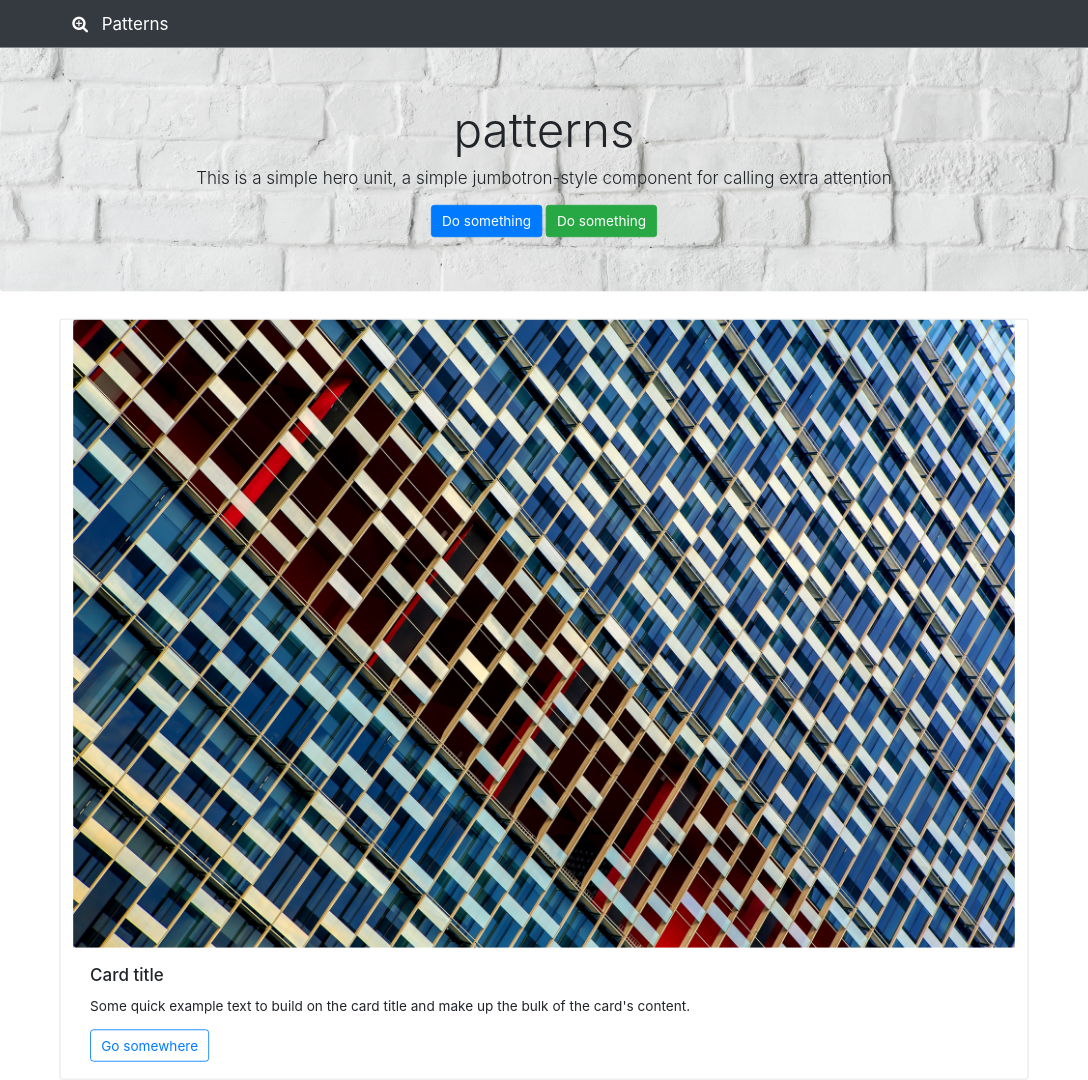
Repository: Mietlicha/patterns
Page: index.html
These files come from the project's save history. The page is drawn as it stood at one moment and after the next save; the edit follows.
The browser window is 1280 px wide. The pictures show the whole page, at 85% of full size.

Above is the page before, as saved 2019-10-24 11:37:50.

### index.html
<!DOCTYPE html>
<html lang="en">

<head>
    <meta charset="UTF-8">
    <meta name="viewport" content="width=device-width, initial-scale=1.0">
    <meta http-equiv="X-UA-Compatible" content="ie=edge">
    <title>Document</title>
    <link rel="stylesheet" href="style.css">
    <link rel="stylesheet" href="https://stackpath.bootstrapcdn.com/bootstrap/4.3.1/css/bootstrap.min.css"
        integrity="sha384-ggOyR0iXCbMQv3Xipma34MD+dH/1fQ784/j6cY/iJTQUOhcWr7x9JvoRxT2MZw1T" crossorigin="anonymous">
    <link rel="stylesheet" href="https://cdnjs.cloudflare.com/ajax/libs/font-awesome/4.7.0/css/font-awesome.min.css">

</head>

<body>
    <nav class="navbar navbar-dark bg-dark">
        <div class="container"><a class="navbar-brand" href="#"><i class="fa fa-search-plus mr-3" aria-hidden="true"></i>Patterns</a></div>
    </nav>
    <article>
    <section id="header" class="jumbotron">
        <div class="container text-center">
            <h1 class="display-4">patterns</h1>
            <p class="lead">This is a simple hero unit, a simple jumbotron-style component for calling extra attention</p>
            <a href="#" class="btn btn-primary">Do something</a>
            <a href="#" class="btn btn-success">Do something</a>
            </div>
            </section>

            <section class="card container"">
                    <img src="imgs/pattern1.jpeg" class="card-img-top" alt="pattern one">
                    <div class="card-body">
                      <h5 class="card-title">Card title</h5>
                      <p class="card-text">Some quick example text to build on the card title and make up the bulk of the card's content.</p>
                      <a href="#" class="btn btn-outline-primary"">Go somewhere</a>
                    </div>
                  </>
        </article>


    <script src="https://code.jquery.com/jquery-3.3.1.slim.min.js"
        integrity="sha384-q8i/X+965DzO0rT7abK41JStQIAqVgRVzpbzo5smXKp4YfRvH+8abtTE1Pi6jizo"
        crossorigin="anonymous"></script>
    <script src="https://cdnjs.cloudflare.com/ajax/libs/popper.js/1.14.7/umd/popper.min.js"
        integrity="sha384-UO2eT0CpHqdSJQ6hJty5KVphtPhzWj9WO1clHTMGa3JDZwrnQq4sF86dIHNDz0W1"
        crossorigin="anonymous"></script>
    <script src="https://stackpath.bootstrapcdn.com/bootstrap/4.3.1/js/bootstrap.min.js"
        integrity="sha384-JjSmVgyd0p3pXB1rRibZUAYoIIy6OrQ6VrjIEaFf/nJGzIxFDsf4x0xIM+B07jRM"
        crossorigin="anonymous"></script>
</body>

</html>

### style.css
#header{
    background: url(imgs/header.jpeg) center / cover no-repeat;
}

After the next save:
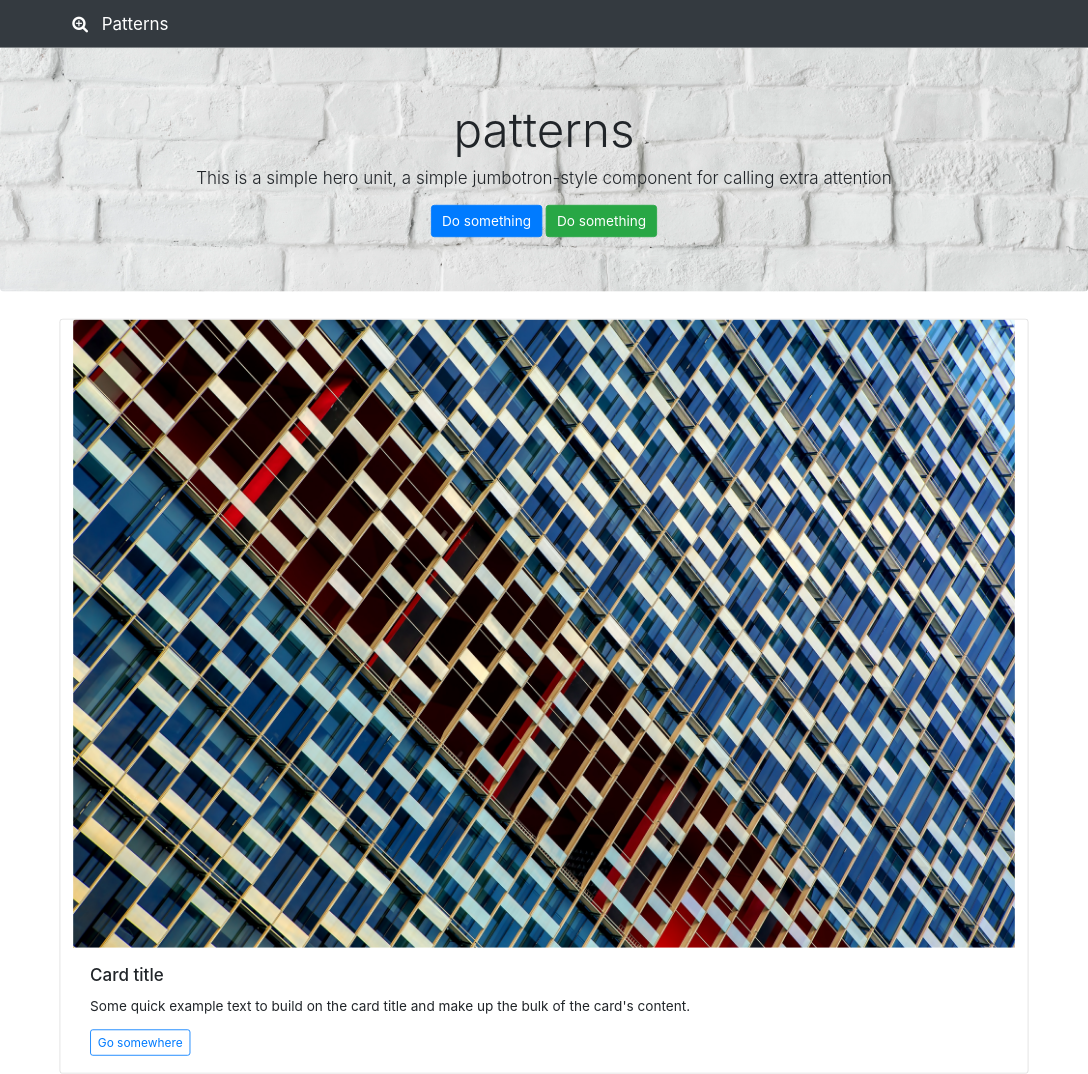
Saved 38 s later.
--- a/index.html
+++ b/index.html
@@ -32,7 +32,7 @@
                     <div class="card-body">
                       <h5 class="card-title">Card title</h5>
                       <p class="card-text">Some quick example text to build on the card title and make up the bulk of the card's content.</p>
-                      <a href="#" class="btn btn-outline-primary"">Go somewhere</a>
+                      <a href="#" class="btn btn-outline-primary btn-sm">Go somewhere</a>
                     </div>
                   </>
         </article>
